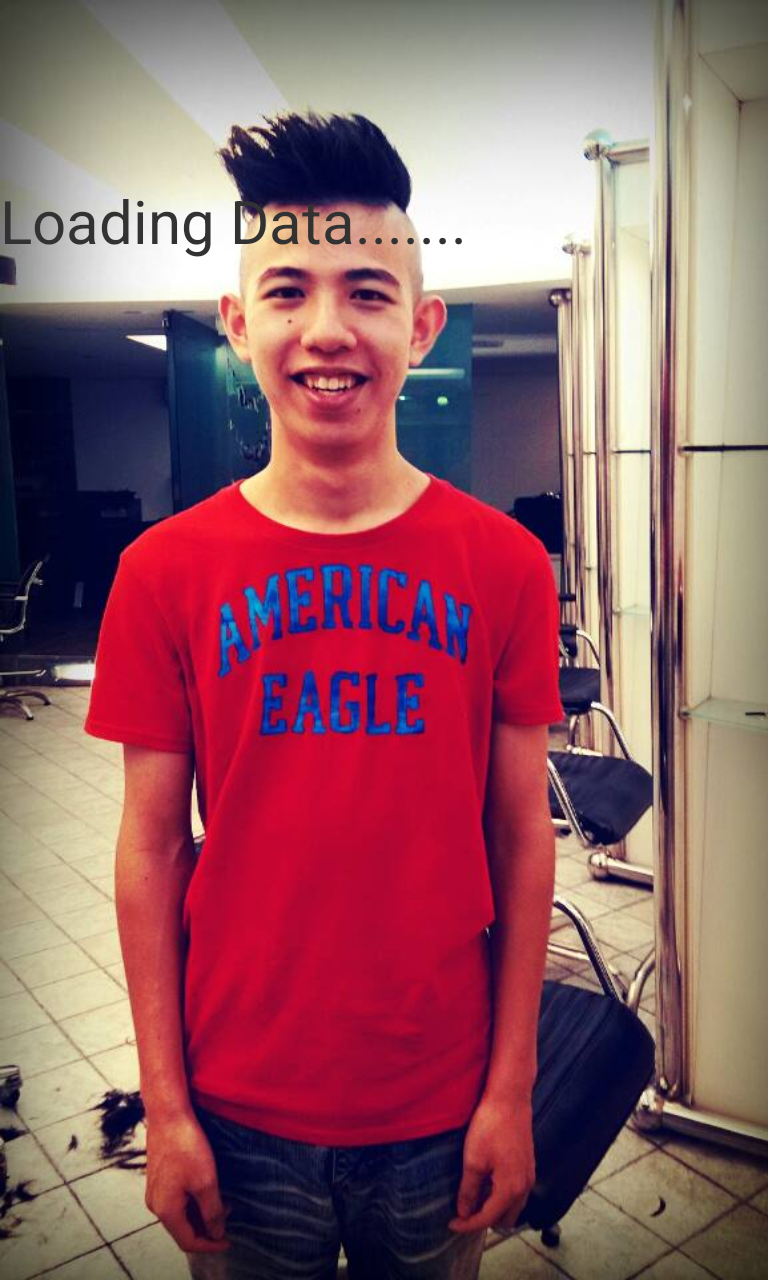
Repository: gt212345/p4p-android
Layout: p4p-android/res/layout/activity_welcome.xml
The author's editor kept a copy of each file at every save. The layout is drawn from the files as they stood at one save, then again after the next save.
It is drawn on a 768 x 1280 px phone screen (xhdpi) without system bars, with theme AppTheme; the app's code is not run.

Above is the layout before, as saved 2014-05-24 11:40:30.

### p4p-android/res/layout/activity_welcome.xml
<?xml version="1.0" encoding="utf-8"?>
<RelativeLayout xmlns:android="http://schemas.android.com/apk/res/android"
    android:layout_width="match_parent"
    android:layout_height="match_parent"
    android:background="@drawable/welcome"
    android:orientation="vertical" >

    <TextView
        android:id="@+id/textView1"
        android:layout_width="wrap_content"
        android:layout_height="wrap_content"
        android:layout_alignParentLeft="true"
        android:layout_alignParentRight="true"
        android:layout_alignParentTop="true"
        android:layout_marginTop="90dp"
        android:textSize="30dp"
        android:text="Loading Data......." />

</RelativeLayout>

Loaded but not shown: p4p-android/res/values/styles.xml (common file); p4p-android/res/values-v11/styles.xml (common file); p4p-android/res/values-v14/styles.xml (common file)

After the next save:
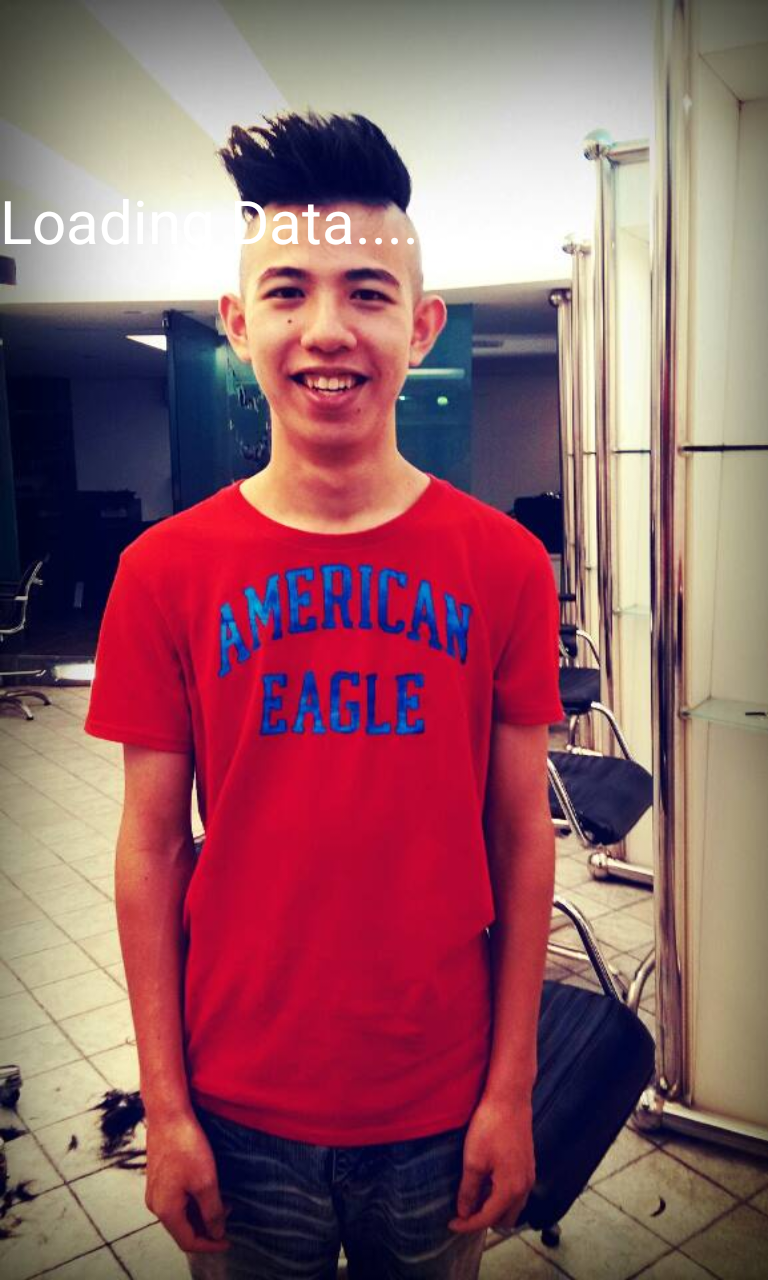
Saved 15 s later.
--- a/p4p-android/res/layout/activity_welcome.xml
+++ b/p4p-android/res/layout/activity_welcome.xml
@@ -13,6 +13,7 @@
         android:layout_alignParentRight="true"
         android:layout_alignParentTop="true"
         android:layout_marginTop="90dp"
+        android:textColor="#FFFFFFFF"
         android:textSize="30dp"
         android:text="Loading Data......." />
 
